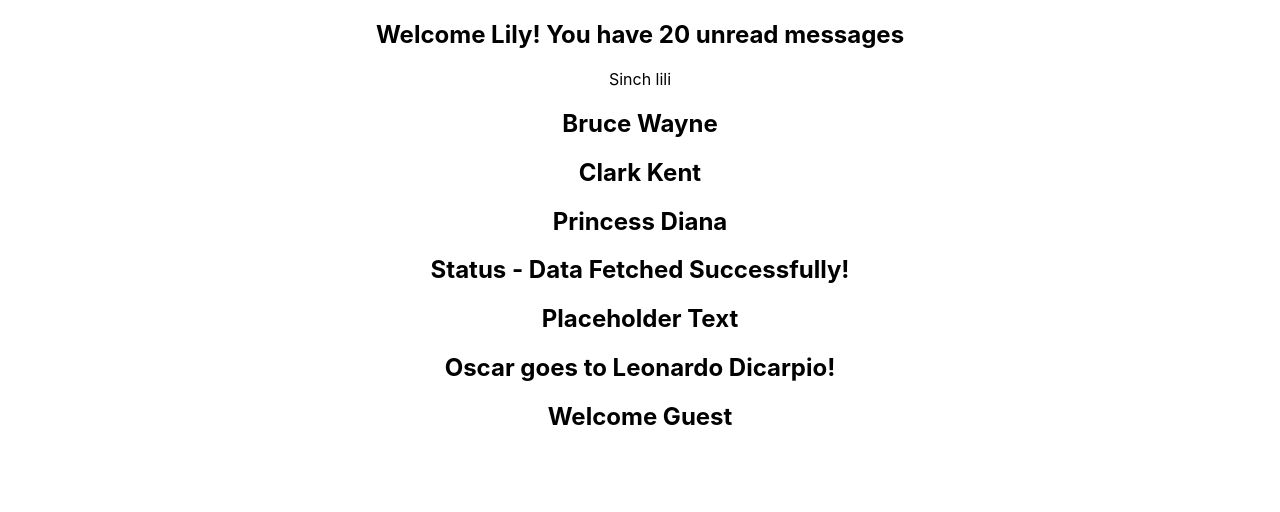
Repository: sinchana-P/react-typescript-demo
Page: /
The author's editor kept a copy of each file at every save. The page is drawn from the files as they stood at one save, then again after a run of saves.
The browser window is 1280 px wide. The pictures show the whole page.
The project was rebuilt for these pictures with package versions that can differ from the ones it lists, and the page was loaded fresh each time.

Above is the page before, as saved 2023-12-03 09:05:33.

### src/App.tsx
import './App.css';
import { Greet } from './components/Greet';
import Heading from './components/Heading';
import Oscar from './components/Oscar';
import Person from './components/Person';
import PersonList from './components/PersonList';
import Status from './components/Status';

// Type Inference: hover on App Component: to see the return type of App Component.
function App() {

  const personName = {
    first: "Sinch",
    last: "lili"
  }

  const nameList = [
    {
      first: "Bruce",
      last: "Wayne"
    },
    {
      first: "Clark",
      last: "Kent"
    },
    {
      first: "Princess",
      last: "Diana"
    }
  ]

  return (
    <div className="App">
      <Greet name="Lily" messageCount={20} isLoggedIn={ true } />
      <Person name={personName} />
      <PersonList names={nameList} />
      <Status status="success" />
      <Heading>Placeholder Text</Heading>
      <Oscar>
        <Heading>Oscar goes to Leonardo Dicarpio!</Heading>
      </Oscar>
      <Greet name="Lily" isLoggedIn={ false } />

    </div>
  );
}

export default App;

### src/components/Greet.tsx
import React from 'react'

type GreetProps = {
    name: string
    messageCount?: number   // to make it optional
    isLoggedIn: boolean
}

export const Greet = (props: GreetProps) => {
  const { messageCount = 0 } = props     // destructuring object & assigning a default value
  return (
    <h2>
      {
        props.isLoggedIn
          ? `Welcome ${props.name}! You have ${messageCount} unread messages`
          : `Welcome Guest`
      }

    </h2>
  )
}

// export default Greet


// 2 benefits
// 1. Autocompletion of properties suggestion
// 2. Type Safety

// Types vs Interfaces
// 1. use Types - for Application
// 2. use Interfaces - for Libraries

### src/components/Heading.tsx
import React from 'react'

type HeadingProps = {
    children: string
}

const Heading = (props: HeadingProps) => {
  return (
      <h2>{props.children}</h2>
  )
}

export default Heading

### src/components/Oscar.tsx
import React from 'react'

type OscarProps = {
    // children: string   --- wrong ---
    children: React.ReactNode
}

const Oscar = (props: OscarProps) => {
  return (
      <div>{ props.children }</div>
  )
}

export default Oscar

### src/components/Person.tsx
import React from 'react'

type PersonProps = {
    name: {
        first: string
        last: string
    }
}

const Person = (props: PersonProps) => {
    return (
        <div>{ props.name.first }  { props.name.last }</div>
  )
}

export default Person

### src/components/PersonList.tsx
import React from 'react'

type PersonListProps = {
    names: {
        first: string
        last: string
    }[]     // array of objects
}

const PersonList = (props: PersonListProps) => {
  return (
      <div>

          {
              props.names.map((name, index) => {
                  return (
                      <h2 key={index}>{name.first} { name.last }</h2>
                  )
              })
          }

          {/* <h2>Bruce Wayne</h2>
          <h2>Clark Kent</h2>
          <h2>Princess Diana</h2> */}
    </div>
  )
}

export default PersonList

### src/components/Status.tsx
import React from 'react'

type StatusProps = {
    // status: string
    status: 'loading' | 'success' | 'error'
}

const Status = (props: StatusProps) => {
    let message;
    if (props.status === 'loading') {
        message = 'Loading...'
    } else if (props.status === 'success') {
        message = 'Data Fetched Successfully!'
    } else if (props.status === 'error') {
        message = 'Error Fetching Data'
    }
  return (
    <div>
          <h2>Status - { message }</h2>
    </div>
  )
}

export default Status

### src/components/Button.tsx
import React from 'react'

type ButtonProps = {
  handleClick: () => void
}

const Button = (props: ButtonProps) => {
  return (
    <button onClick={props.handleClick}>Click</button>
  )
}

export default Button

Loaded but not shown: public/index.html (common file); src/index.tsx (common file); src/index.css (common file); src/reportWebVitals.ts (common file); src/App.css (common file)

After the next 3 saves:
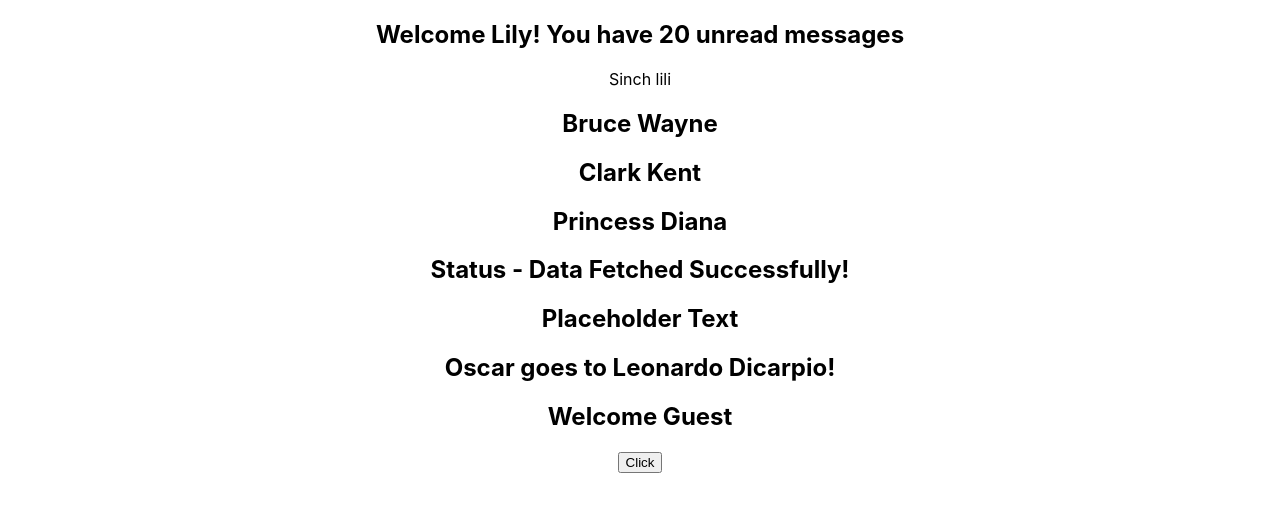
The 3 saves are shown as one change because they came seconds apart.
The last was saved 35 s later.
--- a/src/App.tsx
+++ b/src/App.tsx
@@ -1,4 +1,5 @@
 import './App.css';
+import Button from './components/Button';
 import { Greet } from './components/Greet';
 import Heading from './components/Heading';
 import Oscar from './components/Oscar';
@@ -40,7 +41,7 @@ function App() {
         <Heading>Oscar goes to Leonardo Dicarpio!</Heading>
       </Oscar>
       <Greet name="Lily" isLoggedIn={ false } />
-
+      <Button  />
     </div>
   );
 }
